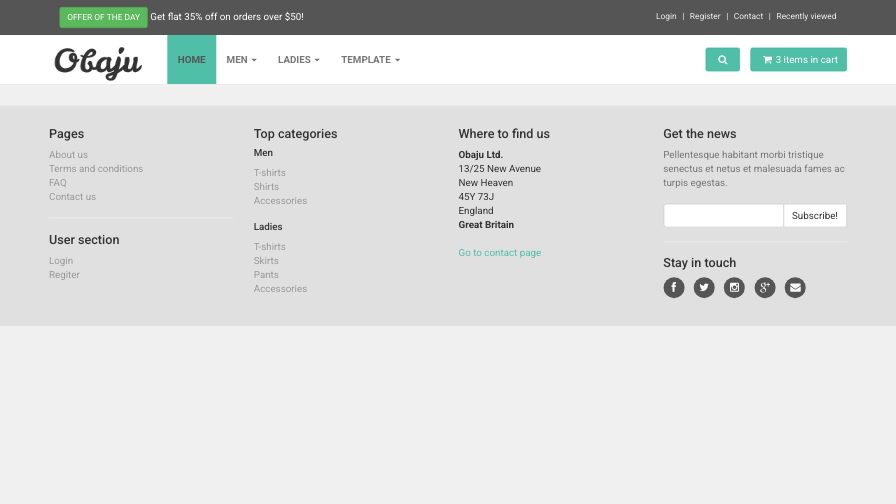
Repository: k0603156/JAVA
Page: http://localhost/FinalBoard/
These files come from the project's save history. The page is drawn as it stood at one moment and after the next save; the edit follows.
The browser window is 1280 px wide. The pictures show the part of the page from y = 0 to 1920 px (the page is 720 px tall before and 7368 px after), at 70% of full size.
The page is served by Tomcat 9.

Above is the page before, as saved 2020-03-13 06:08:28.

After the next save:
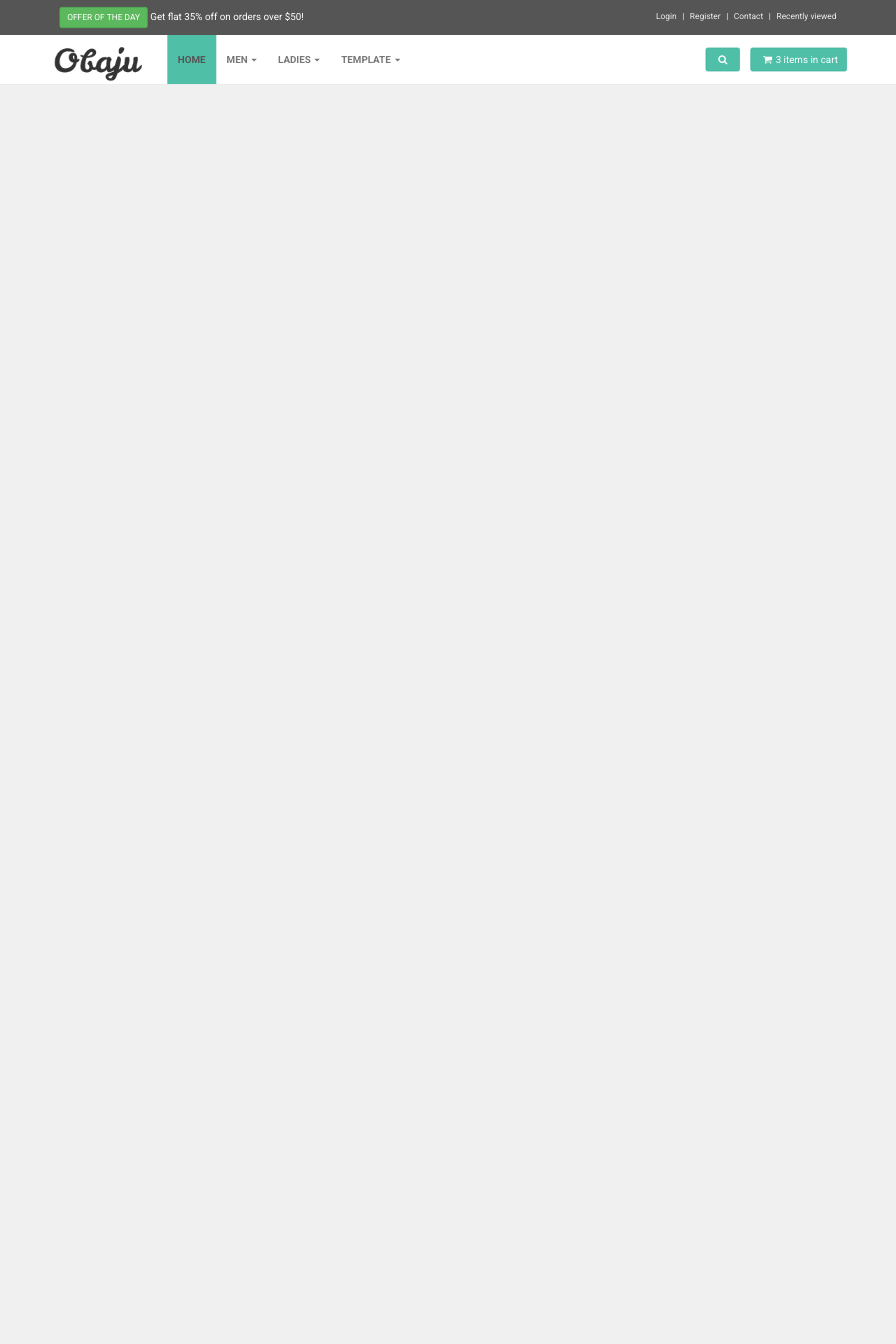
Saved 24 s later.
--- a/SERVLET/workspace/FinalBoard/WebContent/index.jsp
+++ b/SERVLET/workspace/FinalBoard/WebContent/index.jsp
@@ -5,5 +5,5 @@
 <jsp:include page="00_header.jsp"></jsp:include>
 <jsp:include page="10_topbar.jsp"></jsp:include>
 <jsp:include page="20_nav.jsp"></jsp:include>
-
+<jsp:include page="30_main.jsp"></jsp:include>
 <jsp:include page="90_footer.jsp"></jsp:include>
